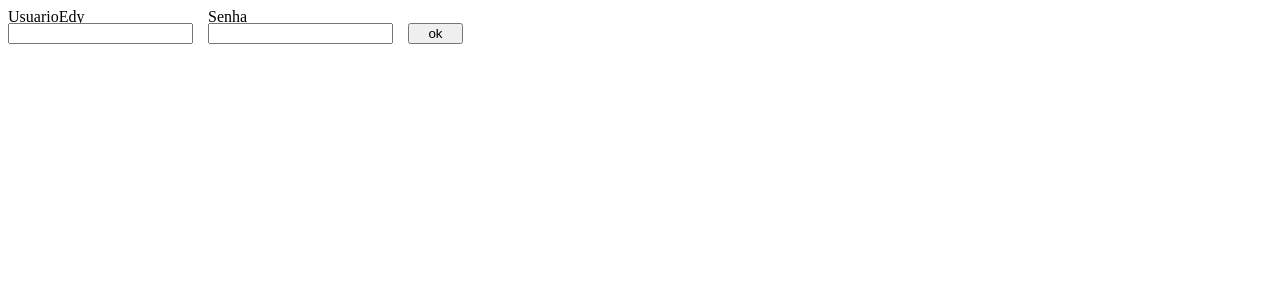
Repository: ermartins/MADASCAR
Page: http://localhost/ProjectPortal_ERM/Login/Login.jsp
An editor plug-in stored every save of this project. The page is shown before and after the next save, followed by the edit.
The browser window is 1280 px wide. The pictures show the whole page.
The page is served by Tomcat 9. Other server files are loaded and not shown.

Above is the page before, as saved 2016-10-13 16:45:07.

### JAVA/ProjectPortal_ERM/WebContent/Login/Login.jsp
<%@ page language="java" contentType="text/html; charset=ISO-8859-1"
	pageEncoding="ISO-8859-1"%>
<%@taglib prefix="fmt" uri="http://java.sun.com/jsp/jstl/fmt"%>
<!DOCTYPE html PUBLIC "-//W3C//DTD HTML 4.01 Transitional//EN" "http://www.w3.org/TR/html4/loose.dtd">
<html>
<head>
<meta http-equiv="Content-Type" content="text/html; charset=ISO-8859-1">
<link href="Styles/IncludeBorder.css" rel="stylesheet" />
<link href="Styles/Login.css" rel="stylesheet" />

<title>Insert title here</title>

</head>
<body>
	<fmt:setLocale value="pt" />
	<div class="cl_Border" style="height: 100px;">
		<div class="cl_Border"
			style="float: left; width: 200px; height: 49px;">
			<div class="cl_Border cl_Height15">
				<label id="lblUsuario"><fmt:message key="recurso.lblUsuario" /></label>
			</div>
			<div class="cl_Border">
				<input type="text" name="txtUsuario">
			</div>
		</div>
		<div class="cl_Border"
			style="float: left; width: 200px; height: 49px;">
			<div class="cl_Border cl_Height15" >
				<label id="lblSenha"><fmt:message key="recurso.lblSenha" /></label>
			</div>
			<div class="cl_Border">
				<input type="password" name="txtSenha">
			</div>
		</div>
		<div class="cl_Border"
			style="float: left; width: 60px; height: 49px;">
						<div class="cl_Border cl_Height15">
			</div>
			<div class="cl_Border">
				<input type="submit" name="btnOk" value="ok" style="width: 55px;">
			</div>
		</div>
	</div>
</body>
</html>

### JAVA/ProjectPortal_ERM/WebContent/Styles/IncludeBorder.css
.cl_Border_{
border-style: solid;
border-width: 1px;
}

### JAVA/ProjectPortal_ERM/WebContent/Styles/Login.css
@CHARSET "ISO-8859-1";
.cl_Height15
{
	height: 15px;
}

After the next save:
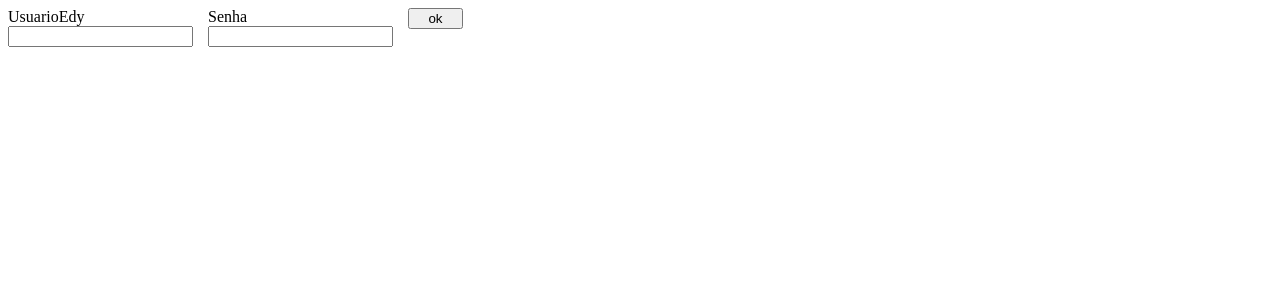
Saved 2 min 8 s later.
--- a/JAVA/ProjectPortal_ERM/WebContent/Login/Login.jsp
+++ b/JAVA/ProjectPortal_ERM/WebContent/Login/Login.jsp
@@ -16,7 +16,7 @@
 	<div class="cl_Border" style="height: 100px;">
 		<div class="cl_Border"
 			style="float: left; width: 200px; height: 49px;">
-			<div class="cl_Border cl_Height15">
+			<div class="cl_Border cl_Height20">
 				<label id="lblUsuario"><fmt:message key="recurso.lblUsuario" /></label>
 			</div>
 			<div class="cl_Border">
@@ -25,7 +25,7 @@
 		</div>
 		<div class="cl_Border"
 			style="float: left; width: 200px; height: 49px;">
-			<div class="cl_Border cl_Height15" >
+			<div class="cl_Border cl_Height20" >
 				<label id="lblSenha"><fmt:message key="recurso.lblSenha" /></label>
 			</div>
 			<div class="cl_Border">
@@ -34,7 +34,7 @@
 		</div>
 		<div class="cl_Border"
 			style="float: left; width: 60px; height: 49px;">
-						<div class="cl_Border cl_Height15">
+						<div class="cl_Border cl_Height20">
 			</div>
 			<div class="cl_Border">
 				<input type="submit" name="btnOk" value="ok" style="width: 55px;">
